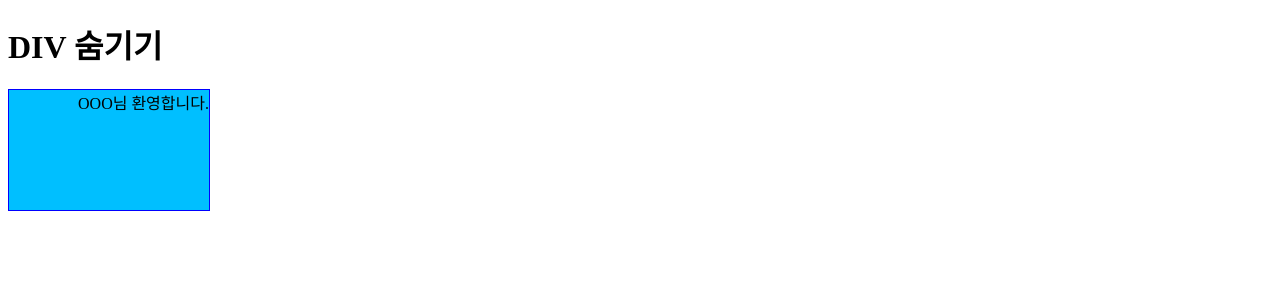
Repository: CHOKIHO/html
Page: work/0109/WebContent/ex8_JS_DIV_invisible.html
An editor plug-in stored every save of this project. The page is shown before and after the next save, followed by the edit.
The browser window is 1280 px wide. The pictures show the whole page.
Empty fields were first filled with sample values (such as "Sample", 5 or name@example.com).
After loading, the first visible `input[onclick="login()"]` was clicked once.

Above is the page before, as saved 2017-01-09 07:59:43.

### work/0109/WebContent/ex8_JS_DIV_invisible.html
<!DOCTYPE html>
<html>
<head>
<meta charset="UTF-8">
<title>Insert title here</title>

<style type="text/css">

	body div {
		width:200px;
		height:120px;
		background-color: #00bfff;
		border: 1px solid blue;
		text-align: right;
		display: none;
	}

	input#s_id, input#s_pw {
		width: 90px;
		margin-bottom: 5px;
	}

	.show { display:block; }

</style>

<script type="text/javascript">

	function login() {




		var box1 = document.getElementById("box1");
		var box2 = document.getElementById("box2");

		/* 클래스 넣기 */
		box1.className="";
		box2.className="show";


/*
		[참고] 스타일로 지정해야함
		var box =document.getElementById("box");
		box.style.background=color;

 */

	}

</script>

</head>



<body>

	<h1>DIV 숨기기</h1>
	<div id="box1" class="show">
		<form>
			<fieldset>
				<legend>로그인</legend>
				<label for="s_id">ID:</label>
				<input type="text" id="s_id" name="id"/><br/>

				<label for="s_pw">PW:</label>
				<input type="password" id="s_pw" name="pw"/><br/>

				<input type="button" value="로그인" onclick="login()"/>

			</fieldset>
		</form>

	</div>
	<div id="box2">
		OOO님 환영합니다.
	</div>

</body>
</html>

After the next save:
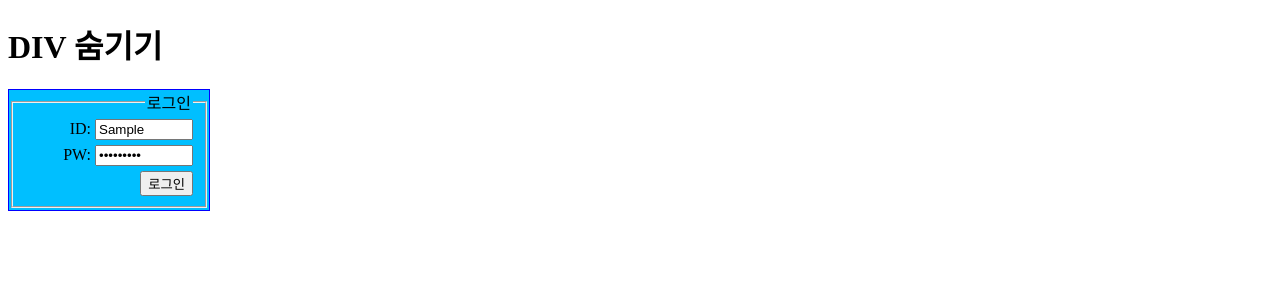
Console error: SyntaxError: Unexpected token 'else'
Saved 106 s later.
--- a/work/0109/WebContent/ex8_JS_DIV_invisible.html
+++ b/work/0109/WebContent/ex8_JS_DIV_invisible.html
@@ -29,14 +29,22 @@
 	function login() {
 
 
+		var id = document.getElementById("s_id").value;
+		var pw = document.getElementById("s_pw").value;
+
+		if (id.trim().length>0 && pw.trim().length>0) {}
 
 
-		var box1 = document.getElementById("box1");
-		var box2 = document.getElementById("box2");
+			var box1 = document.getElementById("box1");
+			var box2 = document.getElementById("box2");
 
-		/* 클래스 넣기 */
-		box1.className="";
-		box2.className="show";
+			/* 클래스 넣기 */
+			box1.className="";
+			box2.className="show";
+		} else {
+
+			alert ("아이디 또는 비밀번호를 입력하세요")
+		}
 
 
 /*

After the save that followed:
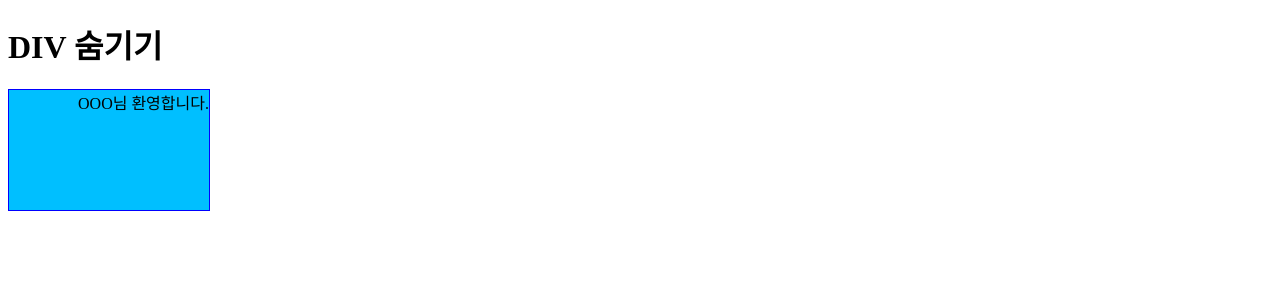
The error is gone.
Saved 47 s later.
--- a/work/0109/WebContent/ex8_JS_DIV_invisible.html
+++ b/work/0109/WebContent/ex8_JS_DIV_invisible.html
@@ -32,7 +32,7 @@
 		var id = document.getElementById("s_id").value;
 		var pw = document.getElementById("s_pw").value;
 
-		if (id.trim().length>0 && pw.trim().length>0) {}
+		if (id.trim().length>0 && pw.trim().length>0) {
 
 
 			var box1 = document.getElementById("box1");
@@ -41,6 +41,7 @@
 			/* 클래스 넣기 */
 			box1.className="";
 			box2.className="show";
+
 		} else {
 
 			alert ("아이디 또는 비밀번호를 입력하세요")
